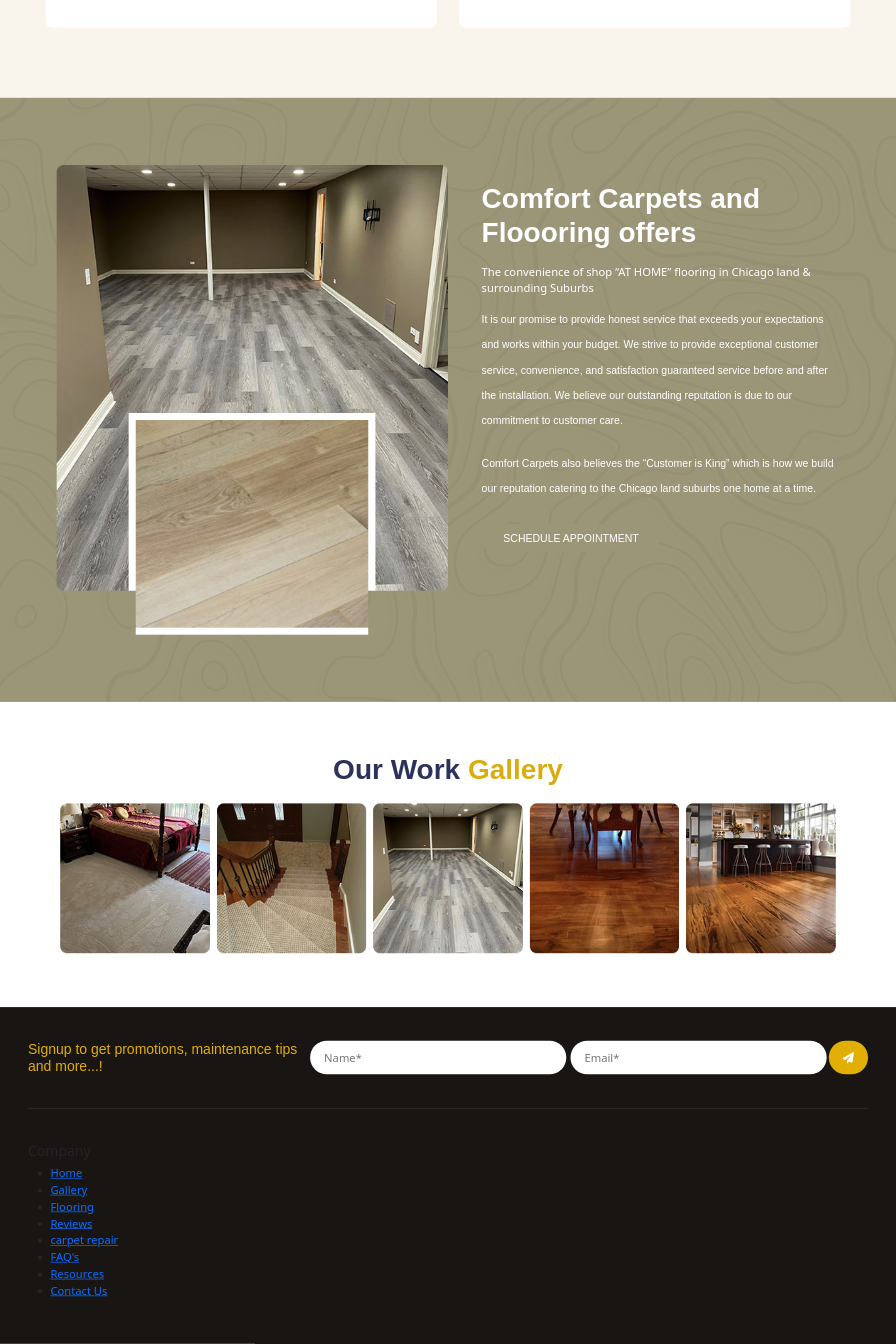
Repository: Ab-dur-Rehman/sscaseFolders
Page: index.html
These files come from the project's save history. The page is drawn as it stood at one moment and after the next save; the edit follows.
The browser window is 1280 px wide. The pictures show the part of the page from y = 3954 to 5874 px (the page is 5874 px tall before and 5730 px after), at 70% of full size.
Some web fonts or font styles are not loaded; a fallback is used.

Above is the page before, as saved 2022-12-26 16:03:37.

After the next save:
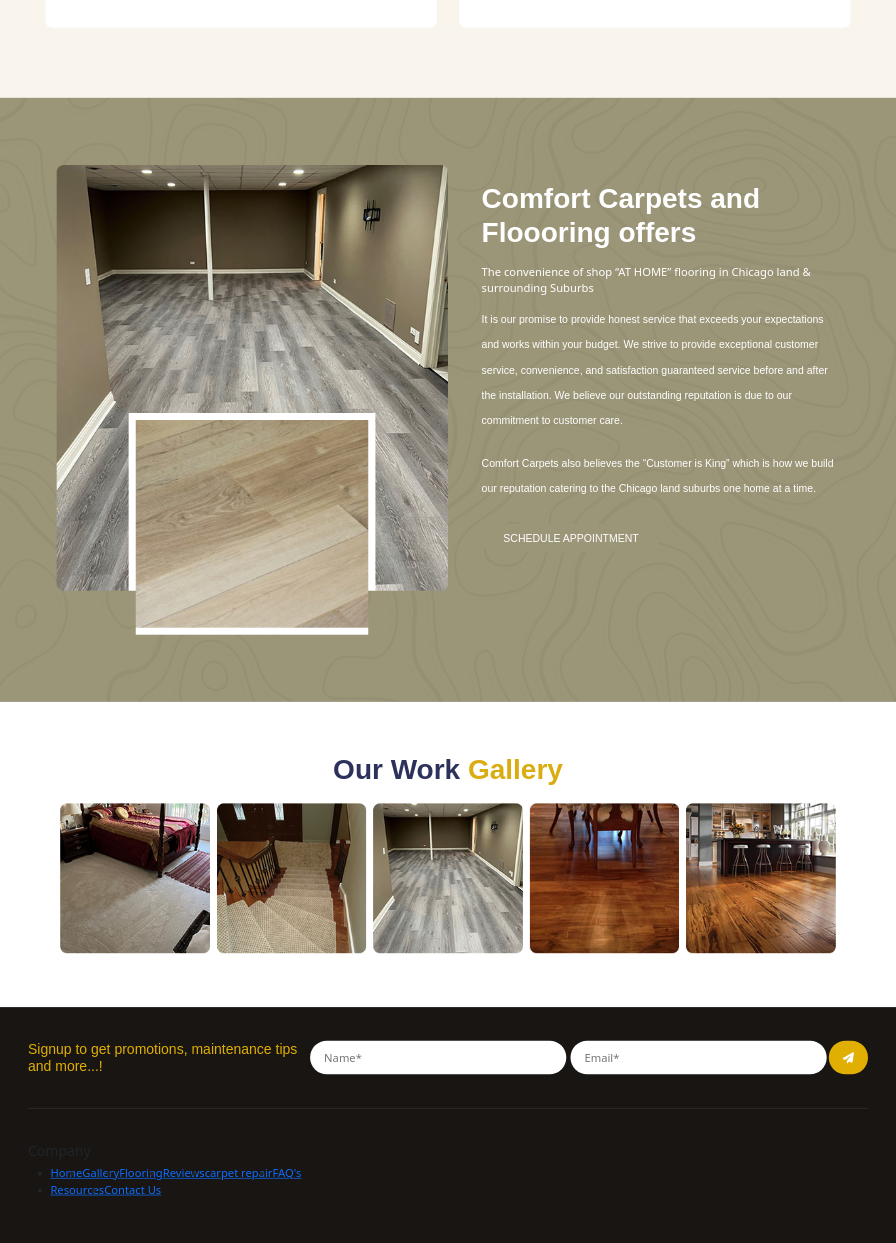
Saved 115 s later.
--- a/index.html
+++ b/index.html
@@ -261,7 +261,7 @@
           <div class="footer-center row gx-0 d-flex flex-row align-items-top py-5">
             <div class="footer-center-1 col-md-4">
               <h5 class="h5">Company</h5>
-              <ul>
+              <ul class="d-flex flex-row align-items-center flex-wrap">
                 <li><a href="#">Home</a></li>
                 <li><a href="#">Gallery</a></li>
                 <li><a href="#">Flooring</a></li>
